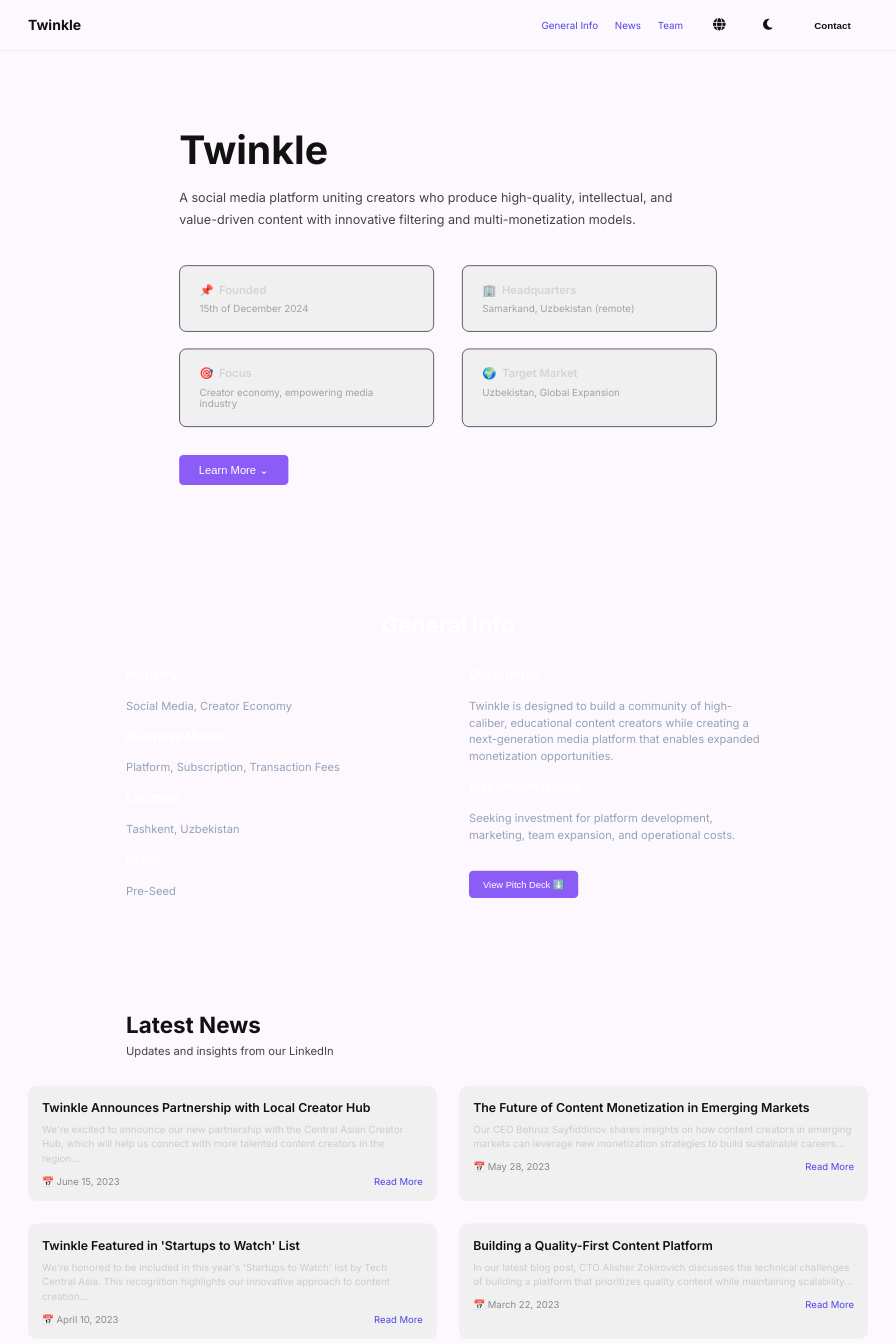
Repository: techboy-33/Twinkle-web
Page: index.html
The author's editor kept a copy of each file at every save. The page is drawn from the files as they stood at one save, then again after the next save.
The browser window is 1280 px wide. The pictures show the part of the page from y = 0 to 1920 px (the page is 4286 px tall before and 4265 px after), at 70% of full size.
Empty fields were first filled with sample values (such as "Sample", 5 or name@example.com).
After loading, the first visible `#theme-toggle` was clicked once.

Above is the page before, as saved 2025-05-15 11:49:49.

After the next save:
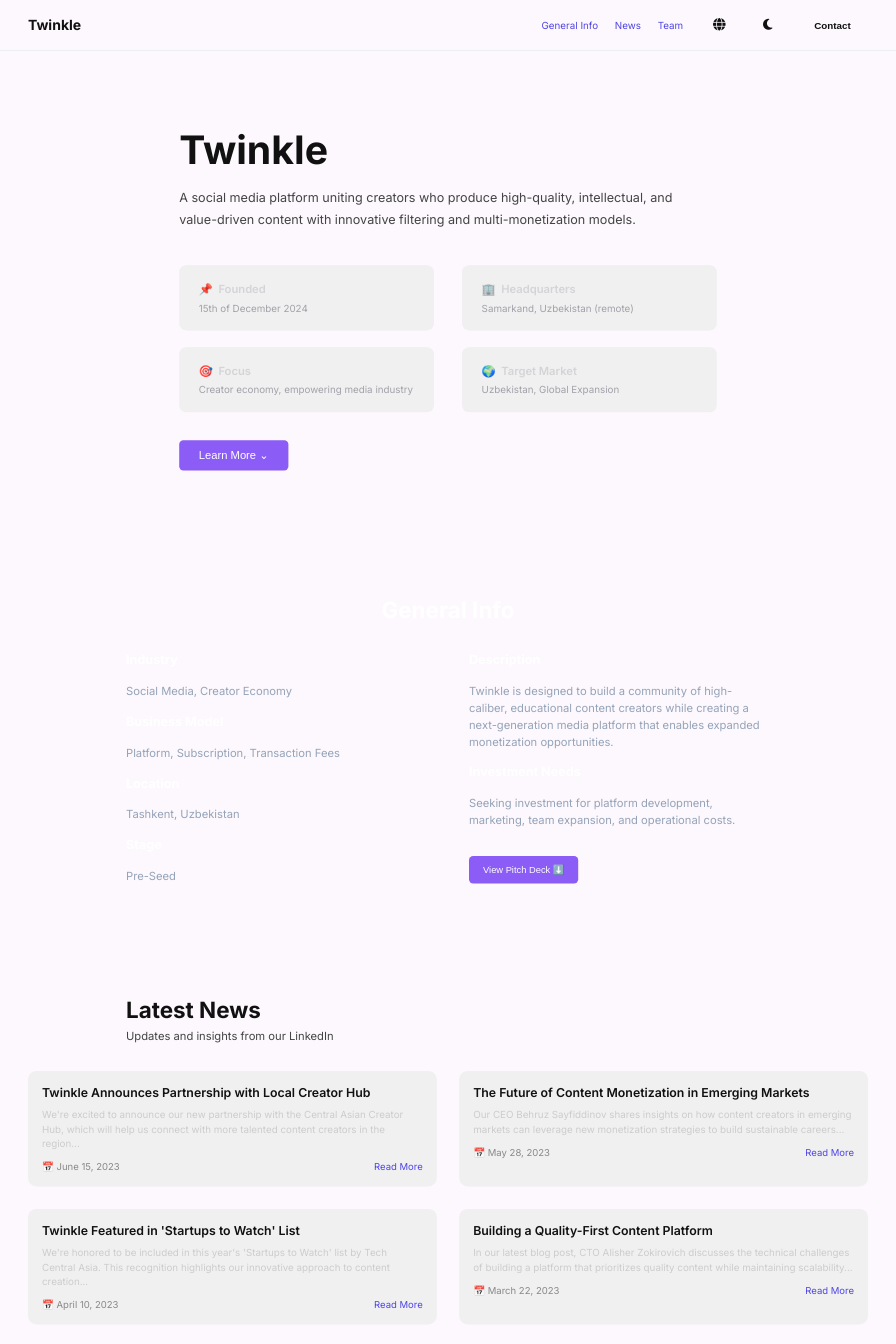
Saved 44 s later.
--- a/base.css
+++ b/base.css
@@ -24,6 +24,9 @@
   background-color: #fdf8fd !important;
   color: #111111 !important;
 }
+body.light-mode .info-card {
+  border: none;
+}
 
 body.light-mode .info-card,
 body.light-mode .news-card,
